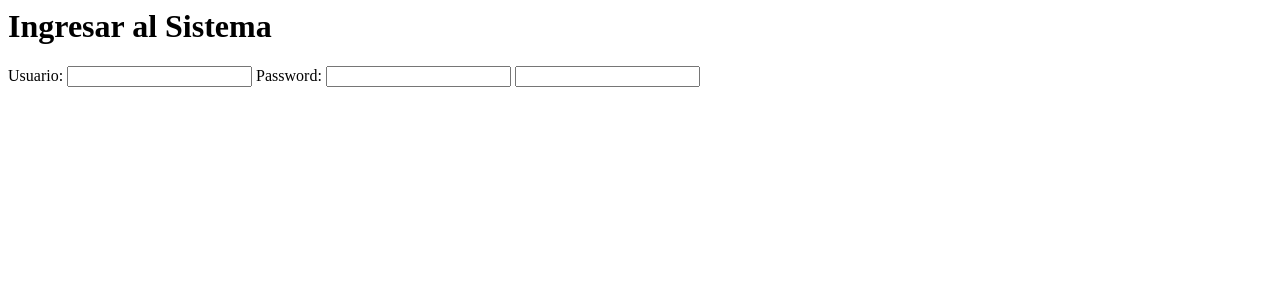
Repository: SaulSanchz/LPII_CL2_SanchezUrbanoSaul
Page: http://localhost/LP2_CL2_SanchezUrbanoSaul/
An editor plug-in stored every save of this project. The page is shown before and after the next save, followed by the edit.
The browser window is 1280 px wide. The pictures show the whole page.
The page is served by Tomcat 9.

Above is the page before, as saved 2024-06-23 10:40:04.

After the next save:
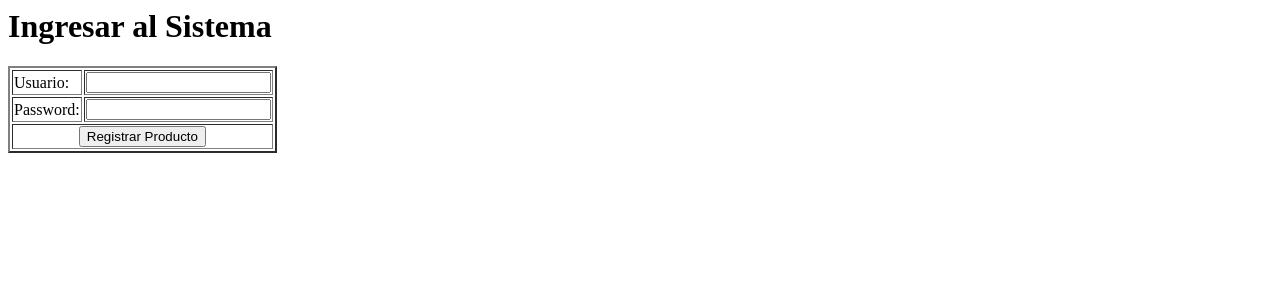
Saved 7 min 49 s later.
--- a/LP2_CL2_SanchezUrbanoSaul/src/main/webapp/index.jsp
+++ b/LP2_CL2_SanchezUrbanoSaul/src/main/webapp/index.jsp
@@ -4,17 +4,26 @@
 	<h1>
 		<strong>Ingresar al Sistema</strong>
 	</h1>
-	<tr>
-		<td>Usuario: </td>
-		<td><input></td>
-	</tr>
-	<tr>
-		<td>Password: </td>
-		<td><input></td>
-	</tr>
-	<tr>
-		<td><input></td>
-	</tr>
+
+	<form action="ControladorProducto" method="post">
+
+		<table border="2">
+			<tr>
+				<td>Usuario: </td>
+				<td><input type="text" name="usuario"></td>
+			</tr>
+			<tr>
+				<td>Password: </td>
+				<td><input type="text" name="password"></td>
+			</tr>
+			<tr>
+				<td colspan="2" align="center">
+					<input type="submit" value="Registrar Producto">
+				</td>
+			</tr>
+		</table>
+
+	</form>
 
 </body>
 </html>
